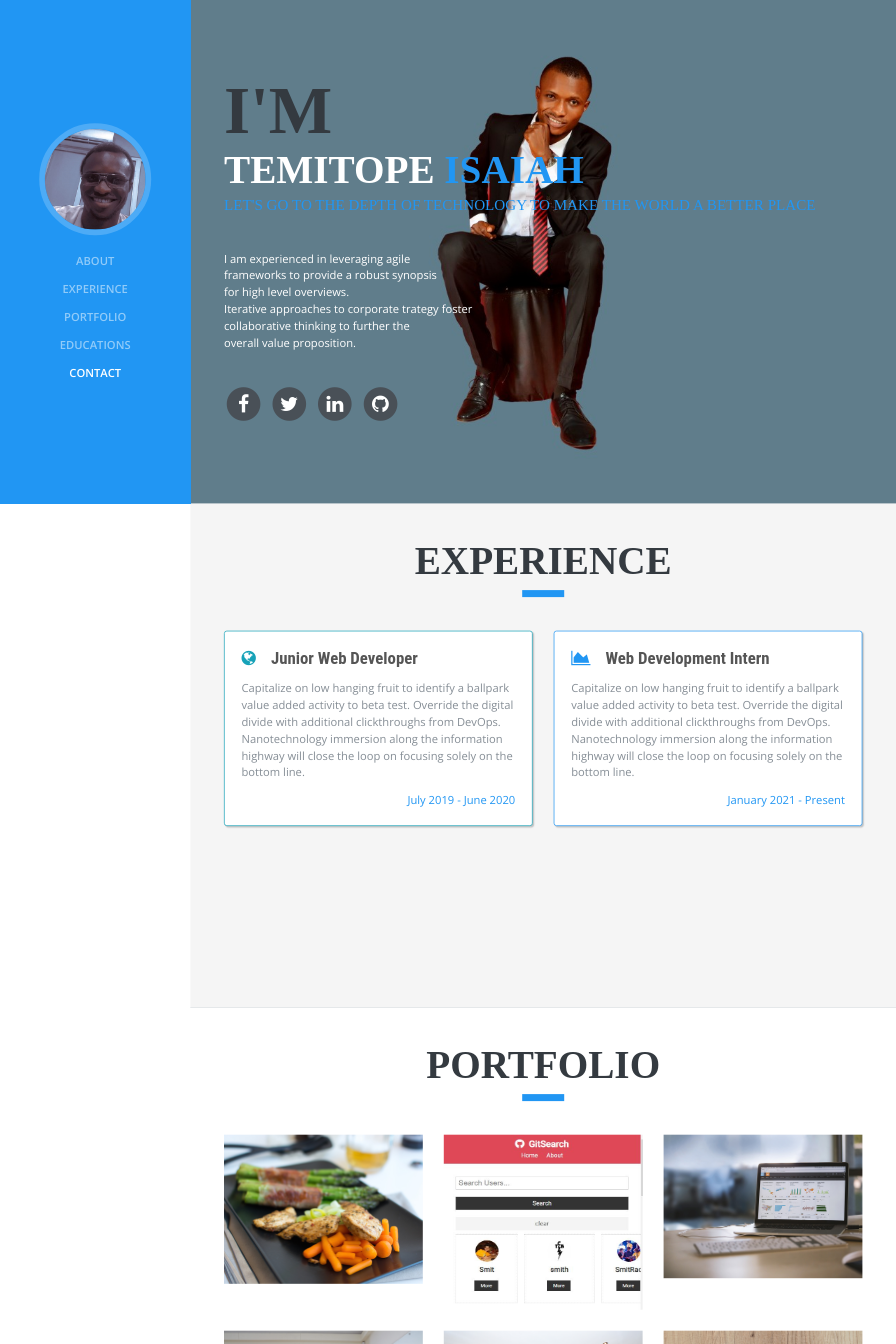
Repository: smit1298/portfolio
Page: index.html
The author's editor kept a copy of each file at every save. The page is drawn from the files as they stood at one save, then again after a run of saves.
The browser window is 1280 px wide. The pictures show the part of the page from y = 0 to 1920 px (the page is 4819 px tall), at 70% of full size.
Some web fonts or font styles are not loaded; a fallback is used.

Above is the page before, as saved 2021-06-28 18:04:26.

After the next 2 saves:
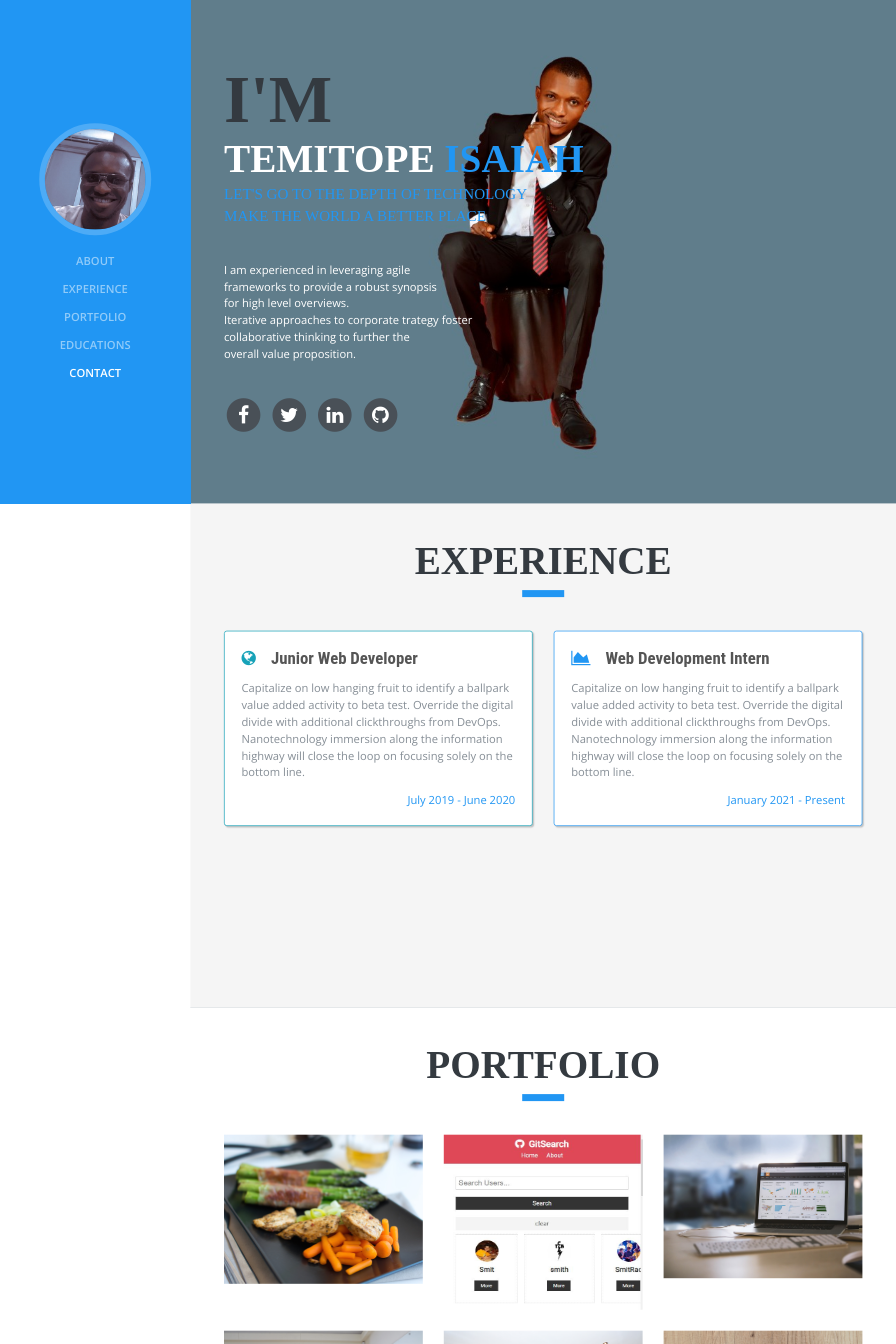
The 2 saves are shown as one change because they came seconds apart.
The last was saved 18 s later.
--- a/index.html
+++ b/index.html
@@ -99,7 +99,7 @@
             <span class="text-primary">Isaiah</span>
           </h2>
           <div class="subheading mb-5">
-            <a href="#">LET'S GO TO THE DEPTH OF TECHNOLOGY TO MAKE THE WORLD A BETTER PLACE
+            <a href="#">LET'S GO TO THE DEPTH OF TECHNOLOGY <br> MAKE THE WORLD A BETTER PLACE
             </a>
           </div>
           <p class="mb-5" style="max-width: 500px">
